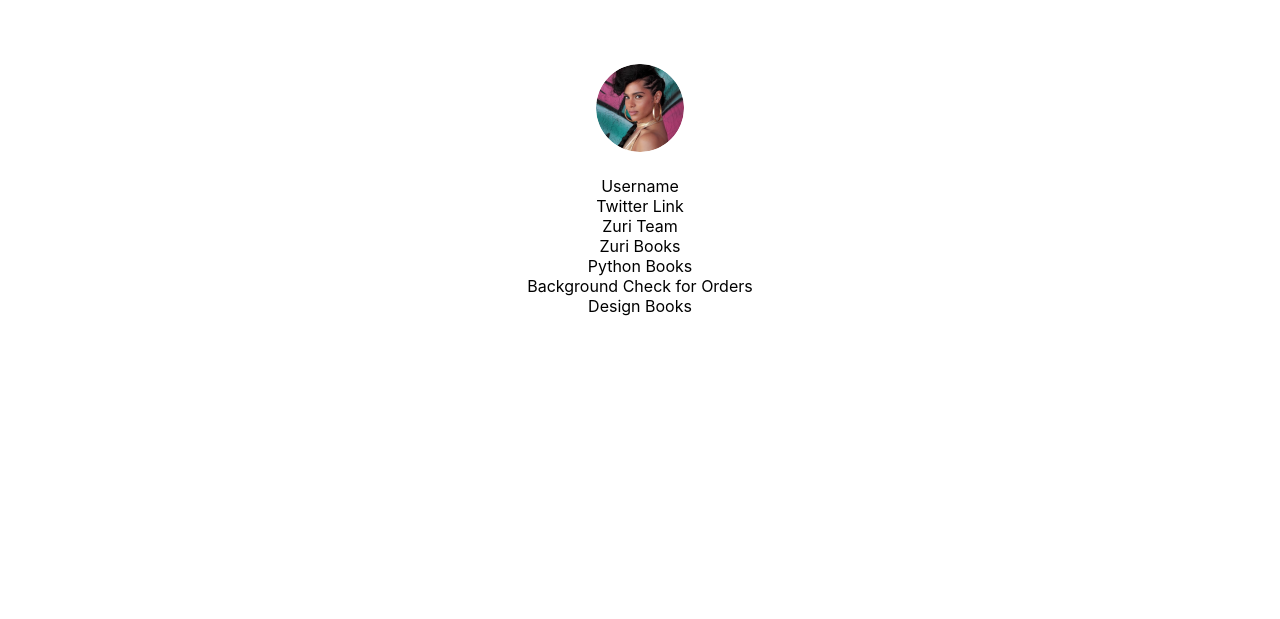
Repository: uh-sman/Zuri-task-one
Page: /
The author's editor kept a copy of each file at every save. The page is drawn from the files as they stood at one save, then again after the next save.
The browser window is 1280 px wide. The pictures show the whole page.
The project was rebuilt for these pictures with package versions that can differ from the ones it lists, and the page was loaded fresh each time.

Above is the page before, as saved 2022-10-23 19:19:52.

### src/App.js
import "./App.css";
import Home from "./Components/Home";

function App() {
  return (
    <div className="App">
      <Home />
    </div>
  );
}

export default App;

### src/Components/Home.js
import React from "react";
import Body from "./Body";

import Dashboard from "./Dashboard";
const Home = () => {
  return (
    <div>
      <Dashboard />
      <Body />
    </div>
  );
};

export default Home;

### src/Components/Body.js
import { useState } from "react";
import "./body.css";
import { data } from "../dummy";
const Body = () => {
  //   const [data, setData] = useState([]);

  return (
    <div>
      {data.map(({ id, title, description, link }) => (
        <div key={id} className="body-container">
          <div className="box">
            <a>{title}</a>
          </div>
        </div>
      ))}
    </div>
  );
};

export default Body;

### src/Components/Dashboard.js
import React from "react";
import profile from "./assets/profile.png";
import "./dashboard.css";
const Dashboard = () => {
  return (
    <div className="dashboard">
      <div className="dashboard-container">
        <img className="image" src={profile} />
        <div className="text-section">
          <p>Username{}</p>
        </div>
      </div>
    </div>
  );
};

export default Dashboard;

### src/Components/body.css
.body-container {
  display: flex;
  flex-direction: column;
  align-items: center;
  padding: 0px;
  gap: 24px;
  /* isolation: isolate; */
}
.box {
}

### src/dummy.js
export const data = [
  {
    id: "",
    title: "Twitter Link",
    link: "",
  },
  {
    id: "btn_zuri",
    title: "Zuri Team",
    description: "",
    link: "https://training.zuri.team/",
  },
  {
    id: "books",
    title: "Zuri Books",
    description: "",
    link: "http://books.zuri.team ",
  },
  {
    id: " book_python",
    title: "Python Books",
    description: "https://books.zuri.team",
    link: "",
  },
  {
    id: "pitch",
    title: "Background Check for Orders",
    description: "",
    link: " https://background.zuri.team",
  },
  {
    id: "book__design",
    title: "Design Books",
    description: "",
    link: "https://books.zuri.team/design-rules",
  },
];

### src/Components/dashboard.css
/* .dashboard {
  background-color: red;
  width: 100px;
  height: 100px;
} */
.dashboard-container {
  display: flex;
  flex-direction: column;
  justify-content: center;
  margin: auto;
  align-items: center;
}
.image {
  height: 88px;
  width: 88px;
  left: 532px;
  top: 0px;
  border-radius: 275px;
  margin-top: 64px;
}
.text-section {
  margin-top: 24px;
}

Loaded but not shown: public/index.html (common file); src/index.js (common file); src/index.css (common file); src/reportWebVitals.js (common file); src/App.css (common file)

After the next save:
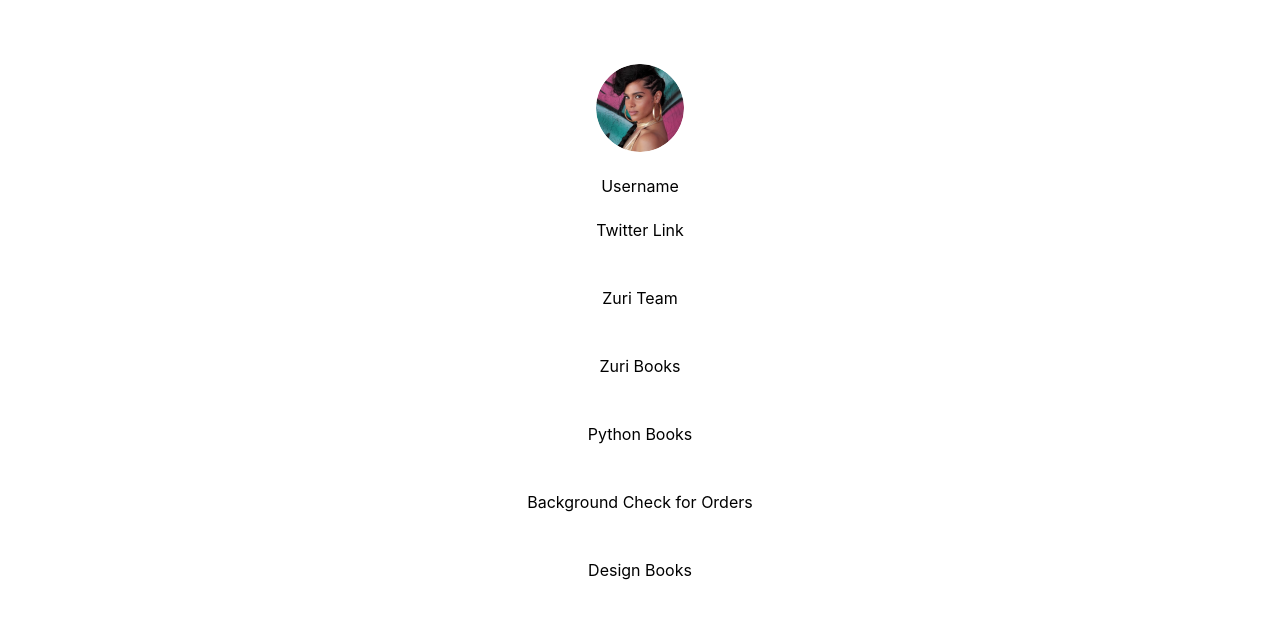
Saved 74 s later.
--- a/src/Components/body.css
+++ b/src/Components/body.css
@@ -7,4 +7,10 @@
   /* isolation: isolate; */
 }
 .box {
+  display: flex;
+  flex-direction: row;
+  justify-content: center;
+  align-items: center;
+  padding: 24px 32px;
+  gap: 8px;
 }
